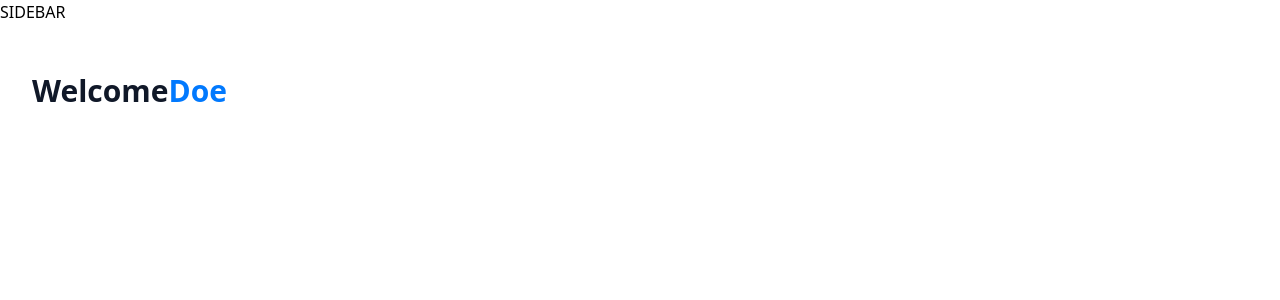
Repository: akinolapo/creditcraze
Page: /
These files come from the project's save history. The page is drawn as it stood at one moment and after a run of saves; the edit follows.
The browser window is 1280 px wide. The pictures show the whole page.
The project was rebuilt for these pictures with package versions that can differ from the ones it lists, and the page was loaded fresh each time. The framework's server and built-in components were replaced by stand-ins that run in the browser. Also part of the build but not shown: next.config.mjs.

Above is the page before, as saved 2024-06-26 13:57:16.

After the next 2 saves:
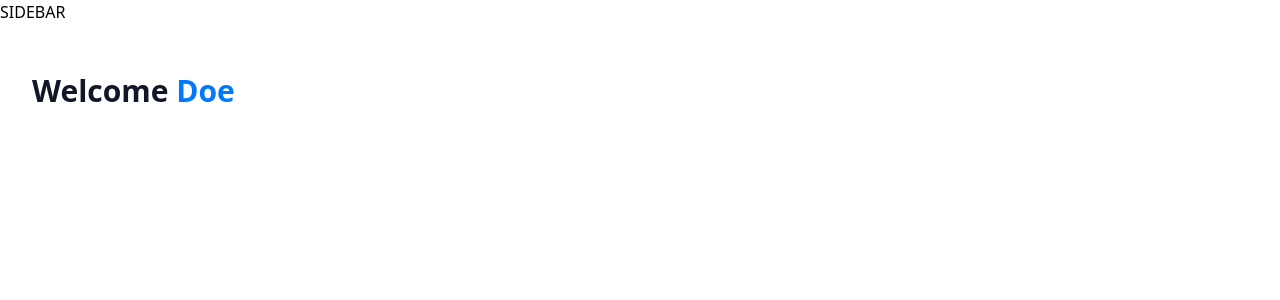
The 2 saves are shown as one change because they came seconds apart.
The last was saved 18 s later.
--- a/components/HeaderBox.tsx
+++ b/components/HeaderBox.tsx
@@ -4,7 +4,8 @@
         <h1 className="header-box-title">
             {title}
             {type === 'greeting' && (
-                <span className="text-bankGradient">{user}</span>
+                <span className="text-bankGradient">    {user}
+                </span>
             )}
         </h1>
     </div>

After the save that followed:
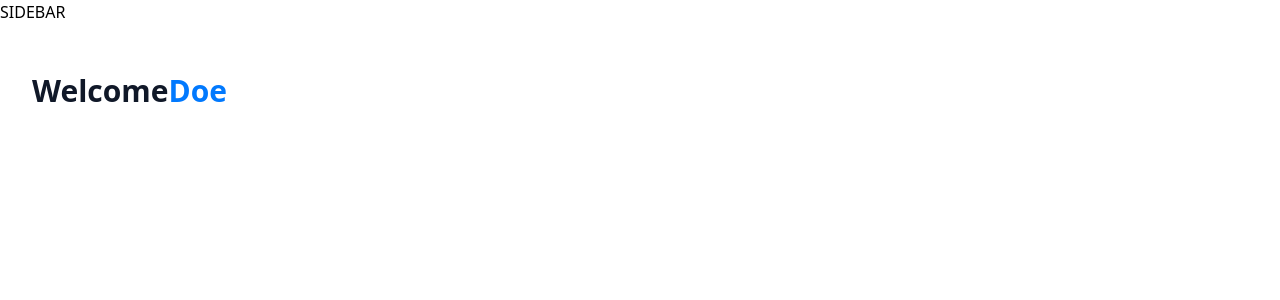
Saved 4 s later.
--- a/components/HeaderBox.tsx
+++ b/components/HeaderBox.tsx
@@ -4,7 +4,7 @@
         <h1 className="header-box-title">
             {title}
             {type === 'greeting' && (
-                <span className="text-bankGradient">    {user}
+                <span className="text-bankGradient">{user}
                 </span>
             )}
         </h1>
